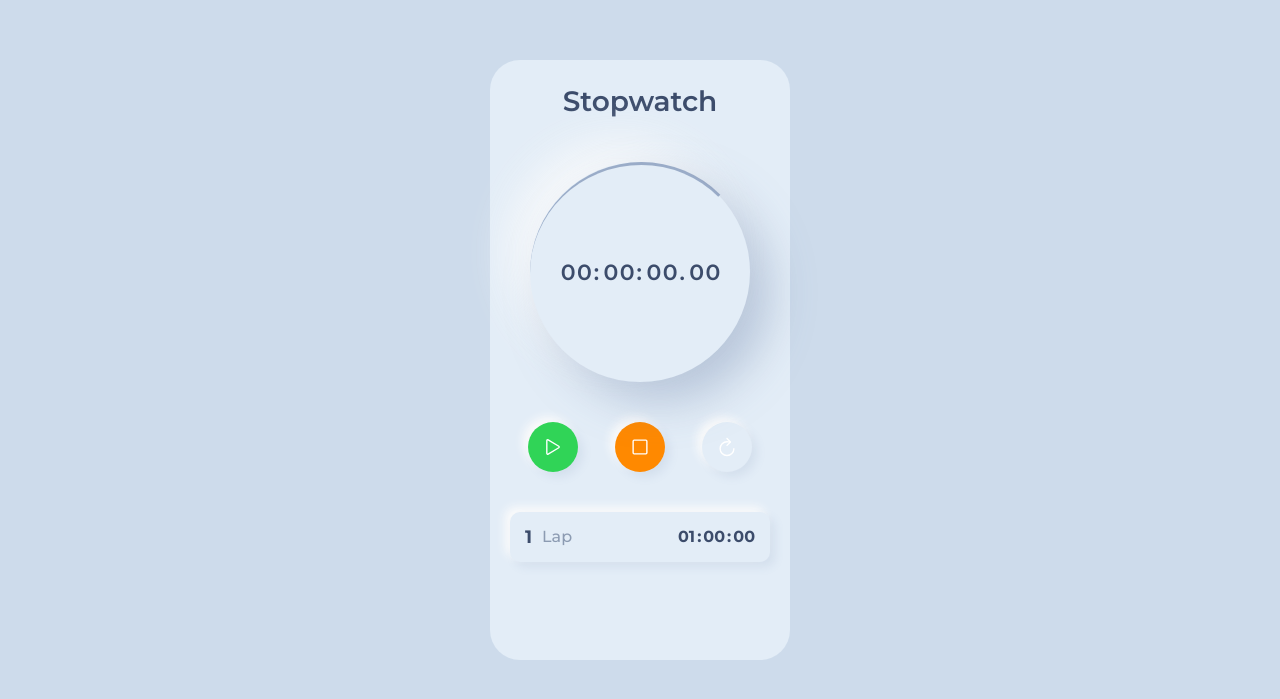
Repository: dinhtri123/stopwatch
Page: index.html
These files come from the project's save history. The page is drawn as it stood at one moment and after the next save; the edit follows.
The browser window is 1280 px wide. The pictures show the whole page.

Above is the page before, as saved 2023-01-05 09:48:58.

### index.html
<!DOCTYPE html>
<html lang="en">
  <head>
    <meta charset="UTF-8" />
    <meta http-equiv="X-UA-Compatible" content="IE=edge" />
    <meta name="viewport" content="width=device-width, initial-scale=1.0" />
    <script
      type="module"
      src="https://unpkg.com/ionicons@5.5.2/dist/ionicons/ionicons.esm.js"
    ></script>
    <script
      nomodule
      src="https://unpkg.com/ionicons@5.5.2/dist/ionicons/ionicons.js"
    ></script>
    <title>Stop Watch</title>
    <link rel="stylesheet" href="style.css" />
  </head>
  <body>
    <div class="wrapper">
      <h3>Stopwatch</h3>
      <div class="timer">
        <p class="hours">00</p>
        <span>:</span>
        <p class="minutes">00</p>
        <span>:</span>
        <p class="seconds">00</p>
        <span>.</span>
        <p class="milis">00</p>
      </div>
      <div class="btn">
        <button class="btn-start">
          <ion-icon name="play-outline"></ion-icon>
        </button>
        <button class="btn-stop" disabled>
          <ion-icon name="stop-outline"></ion-icon>
        </button>
        <button class="btn-reset">
          <ion-icon name="refresh-outline"></ion-icon>
        </button>
      </div>
      <div class="history">
        <div class="lap">
          <div class="number-lap">
            <p>1</p>
            <span>Lap</span>
          </div>
          <div class="timer-lap">
            <p>01</p>
            <span>:</span>
            <p>00</p>
            <span>:</span>
            <p>00</p>
          </div>
        </div>
      </div>
    </div>
  </body>
  <script src="index.js"></script>
</html>

### style.css
@import url("https://fonts.googleapis.com/css2?family=Montserrat:wght@400;500;600;700&display=swap");
* {
  margin: 0;
  padding: 0;
  box-sizing: border-box;
  font-family: "Montserrat", sans-serif;
}
body {
  width: 100%;
  min-height: 100vh;
  height: 100%;
  font-size: 16px;
  line-height: 1.5;
  font-weight: 400;
  background-color: #cddbeb;
  display: flex;
  justify-content: center;
  align-items: center;
}
.wrapper {
  width: 300px;
  height: 600px;
  border-radius: 30px;
  background: #e3edf7;
  padding: 20px;
  display: flex;
  flex-direction: column;
  justify-content: flex-start;
  align-items: center;
  gap: 40px;
}
h3 {
  font-size: 28px;
  color: #3c4c6b;
  text-align: center;
  font-weight: 600;
}
.timer {
  background-color: #e3edf7;
  width: 220px;
  height: 220px;
  border-radius: 50%;
  display: flex;
  justify-content: center;
  align-items: center;
  gap: 3px;
  box-shadow: 20px 20px 45px #6a80a85d, -20px -20px 45px #fbfbfbd9;
  font-size: 22px;
  font-weight: 600;
  color: #3c4c6b;
  letter-spacing: 1.5px;
  position: relative;
}
.timer > p {
  width: 30px;
}
.timer::before {
  content: "";
  position: absolute;
  inset: 0;
  width: 220px;
  height: 220px;
  border-radius: 50%;
  border-top: 3px solid #6a80a899;
  border-right: 3px solid transparent;
  animation: during 1s linear infinite;
}
@keyframes during {
  to {
    transform: rotate(360deg);
  }
}

.btn {
  width: 100%;
  display: flex;
  justify-content: space-around;
}
button {
  background-color: #e3edf7;
  border: none;
  outline: none;
  border-radius: 50%;
  width: 50px;
  height: 50px;
  font-weight: 700;
  color: #3c4c6b;
  box-shadow: 5px 5px 10px #6a80a81e, -5px -5px 10px #fbfbfb;
  cursor: pointer;
  font-size: 22px;
  display: flex;
  justify-content: center;
  align-items: center;
  color: white;
}
.btn-start {
  background: #30d457;

}
.btn-stop {
  background: #ff8900;

  user-select: none;
  cursor: not-allowed;
}
.btn-reset {
  bkacground-color: #eb5757;
}

.history {
  width: 100%;
  display: flex;
  flex-direction: column;
  gap: 20px;
}
.lap {
  width: 100%;
  height: 50px;
  background-color: #e3edf7;
  border-radius: 10px;
  box-shadow: 5px 5px 10px #6a80a81e, -5px -5px 10px #fbfbfb;
  display: flex;
  justify-content: space-between;
  align-items: center;
  padding: 10px 15px;
}
.number-lap {
  display: flex;
  align-items: center;
  gap: 10px;
}
.number-lap > p {
  font-size: 18px;
  font-weight: 700;
  color: #3c4c6b;
}
.number-lap > span {
  font-weight: 500;
  color: #8c9bb2;
}
.timer-lap {
  display: flex;
  gap: 2px;
  color: #3c4c6b;
  font-weight: 700;
  letter-spacing: 1.5;
}

### index.js
const btnStart = document.querySelector(".btn-start");
const seconds = document.querySelector(".seconds");
const minutes = document.querySelector(".minutes");
const hours = document.querySelector(".hours");
const miliseconds = document.querySelector(".milis");

btnStart.addEventListener("click", function () {
  let milis = 0;
  let sec = 0;
  let min = 0;
  let hrs = 0;
  let interval = setInterval(() => {
    milis++;
    let timerMilis = milis < 10 ? "0" + milis : milis;
    miliseconds.textContent = timerMilis > 99 ? (milis = "0" + 0) : timerMilis;
    if (timerMilis === 100) {
      sec++;
      let timer = sec < 10 ? "0" + sec : sec;
      seconds.textContent = timer > 59 ? (sec = "0" + 0) : timer;
      if (timer === 60) {
        min++;
        let timerMin = min < 10 ? "0" + min : min;
        if (min === 60) {
          hrs++;
          hours.textContent = hrs < 10 ? "0" + hrs : hrs;
        }
        minutes.textContent = timerMin > 59 ? (min = "0" + 0) : timerMin;
      }
    }
  }, 10);

  // change text btn
  btnStart.textContent = "Pause";
  if (btnStart.textContent === "Pause") {
    clearInterval(interval);

  }
});

After the next save:
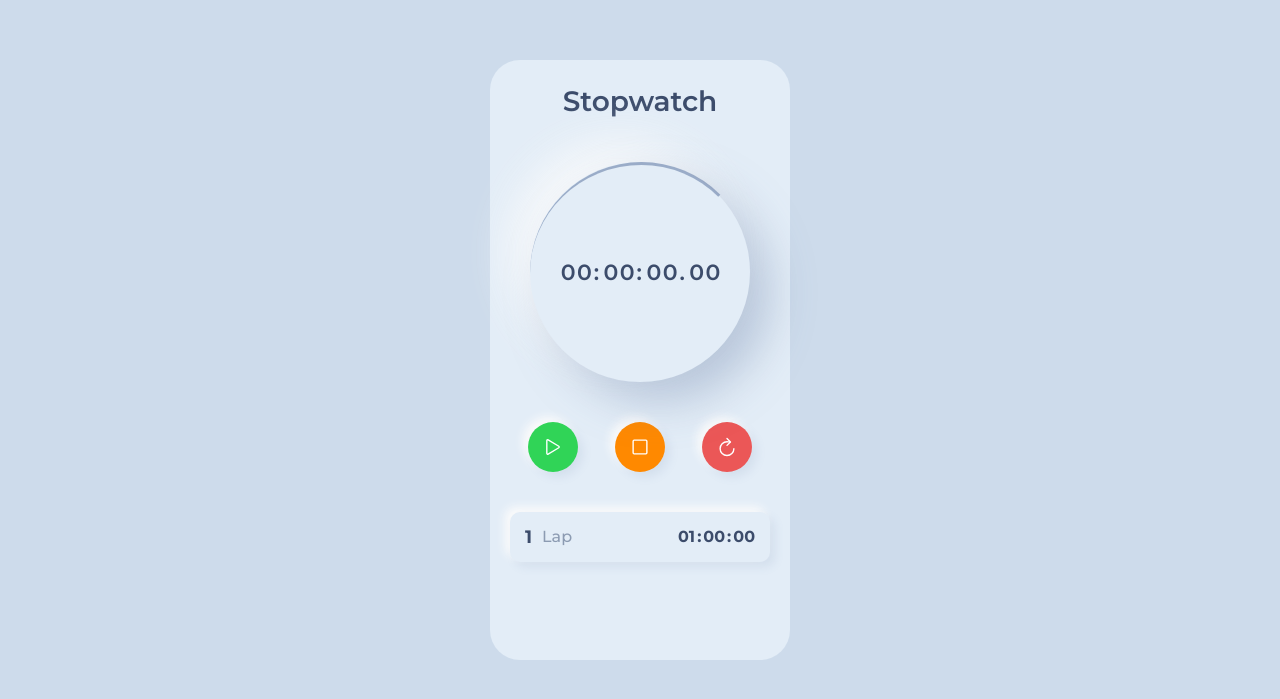
Saved 4 s later.
--- a/style.css
+++ b/style.css
@@ -104,7 +104,7 @@ button {
   cursor: not-allowed;
 }
 .btn-reset {
-  bkacground-color: #eb5757;
+  background-color: #eb5757;
 }
 
 .history {
